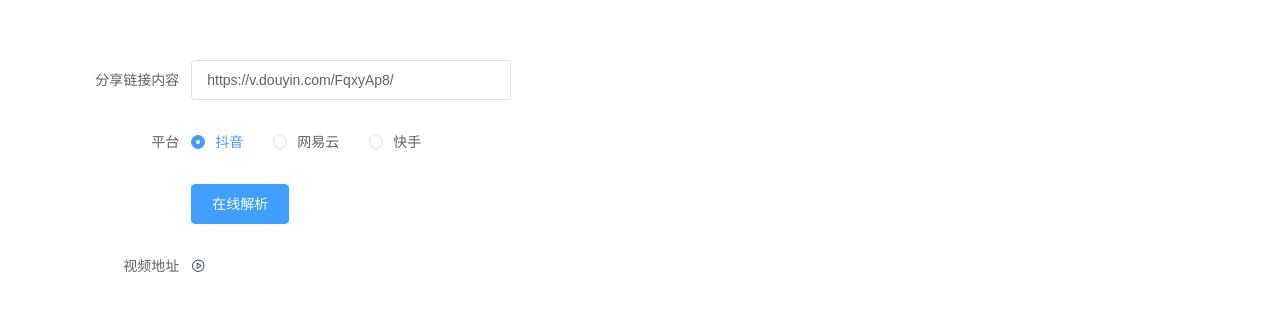
Repository: lyln/freepd
Page: / (app in frontend/freepd/)
The author's editor kept a copy of each file at every save. The page is drawn from the files as they stood at one save, then again after the next save.
The browser window is 1280 px wide. The pictures show the whole page.
The project was rebuilt for these pictures with package versions that can differ from the ones it lists, and the page was loaded fresh each time.

Above is the page before, as saved 2022-05-25 20:42:32.

After the next save:
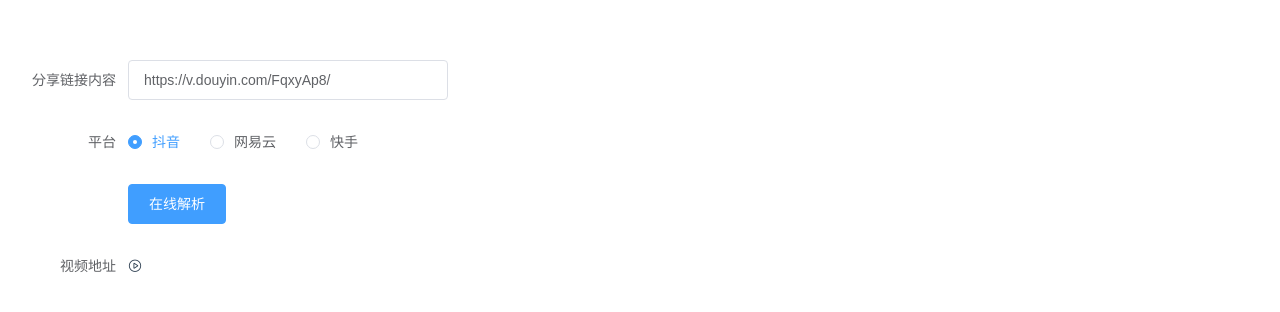
Saved 12 h 28 min later.
--- a/frontend/freepd/src/components/HelloWorld.vue
+++ b/frontend/freepd/src/components/HelloWorld.vue
@@ -1,35 +1,31 @@
 <template>
-	<el-container class="wrapper">
-		<!-- <el-main style="wide: 80%"> -->
-		<el-row>
-			<el-col :span="24">
-				<div style="text-align: center">
+	<el-row>
+		<el-col :span="18">
+			<div>
 
-					<el-form ref="form" :model="form" label-width="120px" class="fpd-form">
-						<el-form-item label="分享链接内容">
-							<el-input v-model="form.url"></el-input>
-						</el-form-item>
-						<el-form-item label="平台" label-width="120px">
-							<el-radio-group v-model="form.type">
-								<el-radio :label="1">抖音</el-radio>
-								<el-radio :label="2">网易云</el-radio>
-								<el-radio :label="3">快手</el-radio>
-							</el-radio-group>
-						</el-form-item>
-						<el-form-item>
-							<el-button type="primary" @click="onSubmit">在线解析</el-button>
-						</el-form-item>
-						<el-form-item label="视频地址">
-							<i class="el-icon-video-play"></i>
-							<el-link :href="data.video.play" target="_blank">{{ data.title }}</el-link>
-							<!-- {{data.video.play }} -->
-						</el-form-item>
-					</el-form>
-				</div>
-			</el-col>
-		</el-row>
-		<!-- </el-main> -->
-	</el-container>
+				<el-form ref="form" :model="form" label-width="120px" class="fpd-form">
+					<el-form-item label="分享链接内容">
+						<el-input v-model="form.url"></el-input>
+					</el-form-item>
+					<el-form-item label="平台" label-width="120px">
+						<el-radio-group v-model="form.type">
+							<el-radio :label="1">抖音</el-radio>
+							<el-radio :label="2">网易云</el-radio>
+							<el-radio :label="3">快手</el-radio>
+						</el-radio-group>
+					</el-form-item>
+					<el-form-item>
+						<el-button type="primary" @click="onSubmit">在线解析</el-button>
+					</el-form-item>
+					<el-form-item label="视频地址">
+						<i class="el-icon-video-play"></i>
+						<el-link :href="data.video.play" target="_blank">{{ data.title }}</el-link>
+						<!-- {{data.video.play }} -->
+					</el-form-item>
+				</el-form>
+			</div>
+		</el-col>
+	</el-row>
 
 </template>
 <script>
